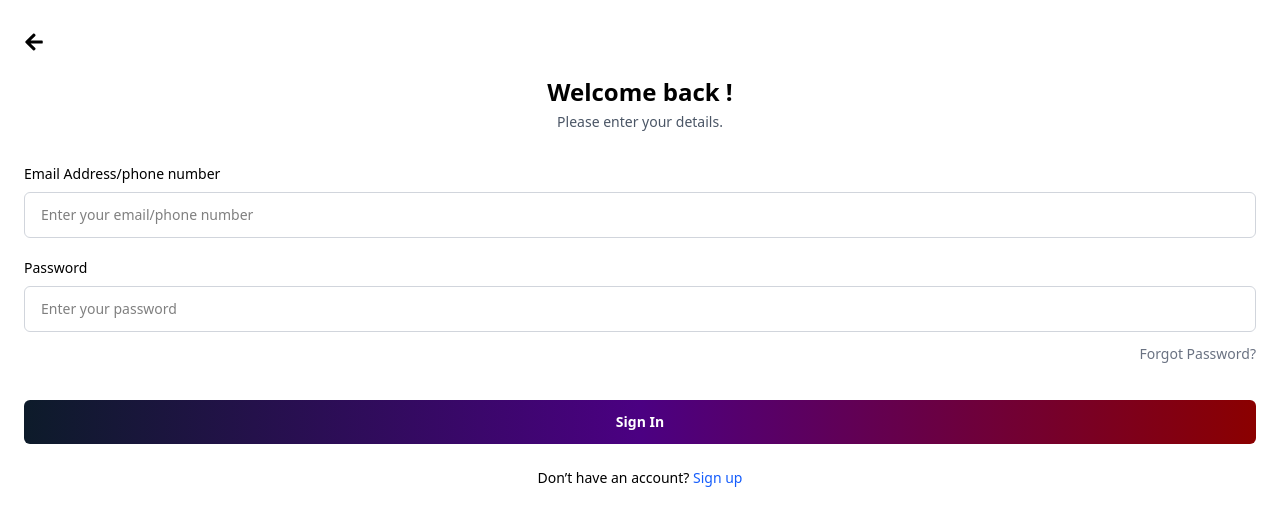
Repository: Em-driod/spotify-clone
Page: /back
These files come from the project's save history. The page is drawn as it stood at one moment and after the next save; the edit follows.
The browser window is 1280 px wide. The pictures show the whole page.
The project was rebuilt for these pictures with package versions that can differ from the ones it lists, and the page was loaded fresh each time. Also part of the build but not shown: vite.config.ts, src/pages/veryify.tsx, src/pages/LandingPage.tsx, src/pages/Change.tsx, src/pages/onboard.tsx, src/pages/Skips.tsx, src/pages/Otp.tsx, src/pages/First.tsx and 6 more.

Above is the page before, as saved 2025-07-09 17:47:23.

### src/App.tsx
import { BrowserRouter as Router, Routes, Route, useLocation } from 'react-router-dom';
import { AnimatePresence } from 'framer-motion';
import Welcome from './pages/veryify';
import LandingPage from './pages/LandingPage';
import Back from './pages/Back';
import Change from './pages/Change';
import Skips from './pages/Skips';
import Otp from './pages/Otp';
import First from './pages/First';
import Second from './pages/second';
import Fourth from './pages/fourth';
import Third from './pages/Third';
import Fifth from './pages/fifth';
import Signup from './pages/Signup';
import Manage from  './pages/Manage'


const AnimatedRoutes = () => {
  const location = useLocation();

  return (
    <AnimatePresence mode="wait">
      <Routes location={location} key={location.pathname}>
        <Route path="/" element={<LandingPage />} />
        <Route path="/skip" element={<Skips />} />
       <Route path="/welcome" element={<Welcome />} />
       <Route path="/back" element={<Back />} />
       <Route path="/forget" element={<Change />} />
       <Route path="/Otp" element={<Otp />} />
       <Route path="/first" element={<First />} />
       <Route path="/second" element={<Second />} />
        <Route path="/third" element={<Third />} />
        <Route path="/fourth" element={<Fourth />} />
        <Route path="/fifth" element={<Fifth />} />
        <Route path="/signup" element={<Signup />} />
        <Route path="/Manage" element={<Manage />} />
        {/* Add more routes as needed */}

      </Routes>
    </AnimatePresence>
  );
};

const App = () => {
  return (
    <Router>
      <AnimatedRoutes />
    </Router>
  );
};

export default App;

### src/pages/Back.tsx

import { FaArrowLeft } from 'react-icons/fa';
import { Link } from 'react-router-dom';


const Back = () => {
  return (
    <div className="min-h-screen flex flex-col px-6 py-8 bg-white text-black">
      {/* Back Arrow */}
      <Link to="/welcome" className="mb-6">
        <FaArrowLeft className="text-xl cursor-pointer" />
      </Link>


      {/* Heading */}
      <div className="text-center mb-8">
        <h1 className="text-2xl font-bold">Welcome back !</h1>
        <p className="text-sm text-gray-600 mt-1">Please enter your details.</p>
      </div>

      {/* Form */}
      <form className="flex flex-col space-y-5">
        {/* Email */}
        <div>
          <label className="block mb-2 font-medium text-sm">
            Email Address/phone number
          </label>
          <input
            type="text"
            placeholder="Enter your email/phone number"
            className="w-full px-4 py-3 border border-gray-300 rounded-md focus:outline-none focus:ring-2 focus:ring-purple-500 text-sm"
          />
        </div>

        {/* Password */}
        <div>
          <label className="block mb-2 font-medium text-sm">
            Password
          </label>
          <input
            type="password"
            placeholder="Enter your password"
            className="w-full px-4 py-3 border border-gray-300 rounded-md focus:outline-none focus:ring-2 focus:ring-purple-500 text-sm"
          />
        </div>

        {/* Forgot Password */}
        <div className="text-right text-sm text-gray-500 -mt-2">
            <Link to="/forget">
          <button className="hover:underline">Forgot Password?</button>
            </Link>
        </div>

        {/* Sign In Button */}

        <button
          type="submit"
          className="mt-4 py-3 rounded-md text-white text-sm font-semibold"
          style={{
              background: 'linear-gradient(to right, #0d1b2a, #4b0082, #8b0000)',
            }}
            >
                <Link to="/first">
          Sign In
          </Link>
        </button>

      </form>

      {/* Sign Up */}
      <div className="text-center mt-6 text-sm">
        Don’t have an account?{' '}
        <button className="text-blue-600 hover:underline font-medium">
          <Link to="/signup">
            Sign up
          </Link>
        </button>
      </div>
    </div>
  );
};

export default Back;

Loaded but not shown: index.html (common file); src/main.tsx (common file); src/index.css (common file)

After the next save:
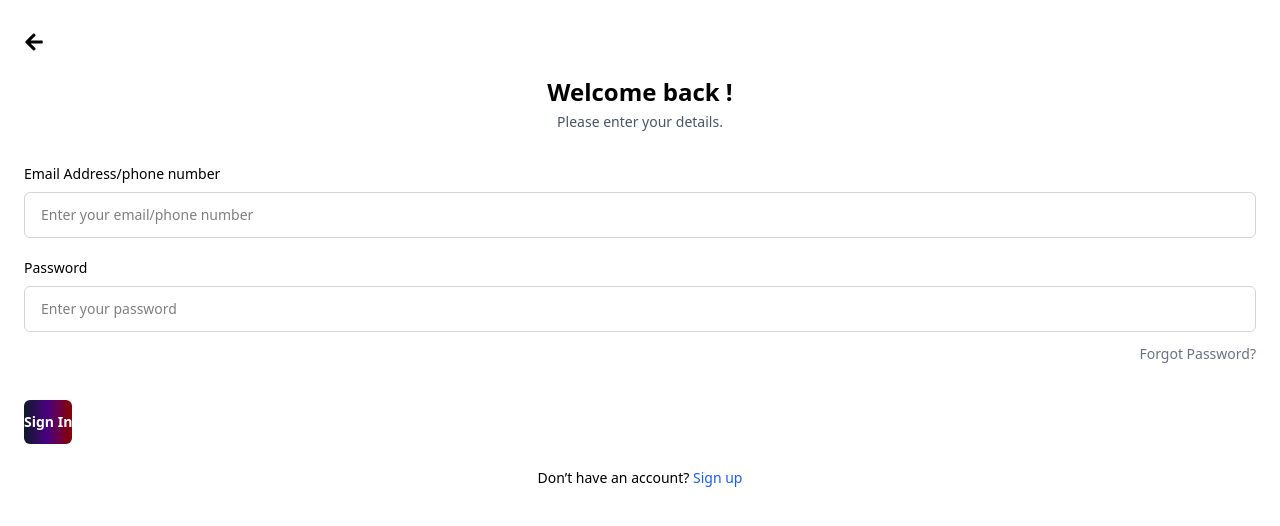
Saved 90 s later.
--- a/src/pages/Back.tsx
+++ b/src/pages/Back.tsx
@@ -52,7 +52,7 @@ const Back = () => {
         </div>
 
         {/* Sign In Button */}
-
+        <Link to="/first">
         <button
           type="submit"
           className="mt-4 py-3 rounded-md text-white text-sm font-semibold"
@@ -60,11 +60,11 @@ const Back = () => {
               background: 'linear-gradient(to right, #0d1b2a, #4b0082, #8b0000)',
             }}
             >
-                <Link to="/first">
+
           Sign In
-          </Link>
+
         </button>
-
+            </Link>
       </form>
 
       {/* Sign Up */}
